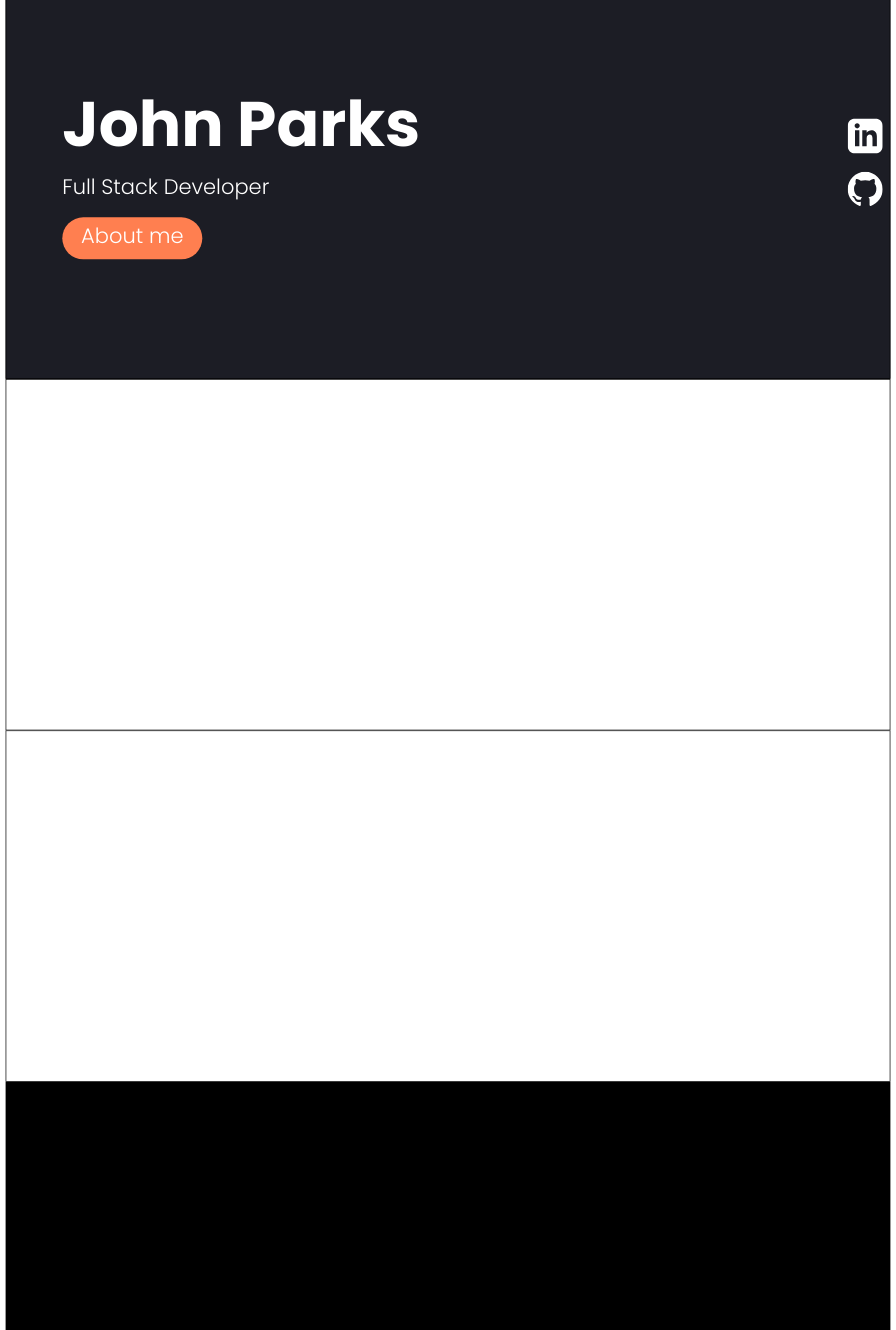
Repository: Jcparks84/Portfolio
Page: index.html
The author's editor kept a copy of each file at every save. The page is drawn from the files as they stood at one save, then again after the next save.
The browser window is 1280 px wide. The pictures show the part of the page from y = 189 to 2089 px (the page is 2242 px tall), at 70% of full size.
A picture or video elsewhere on the page could not be fetched, so the positions and the page height are approximate.

Above is the page before, as saved 2022-08-10 15:15:46.

After the next save:
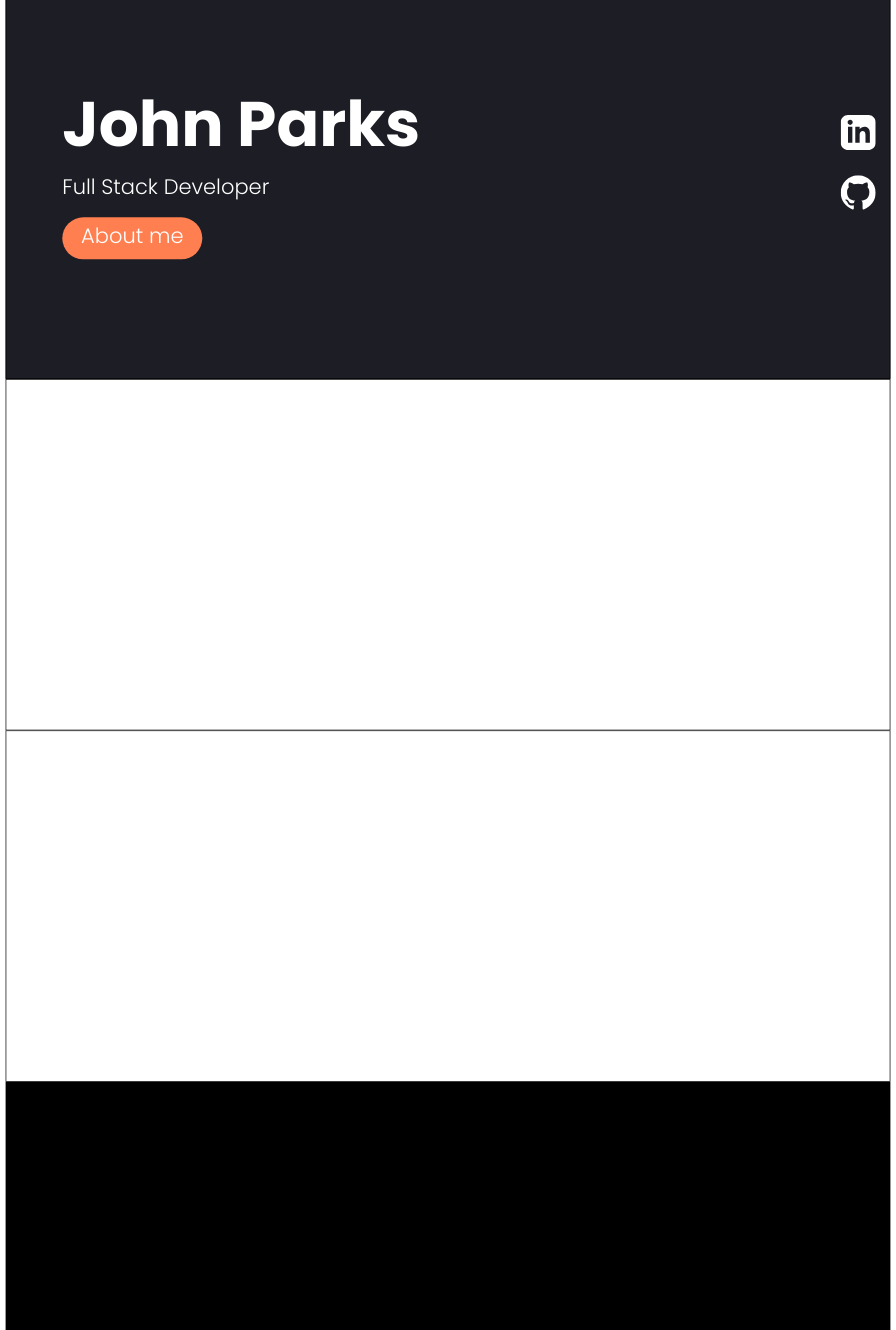
Saved 6 s later.
--- a/src/styles.css
+++ b/src/styles.css
@@ -92,5 +92,5 @@ p {
 }
 
 .social {
-    margin: 10px
+    margin: 20px
 }
